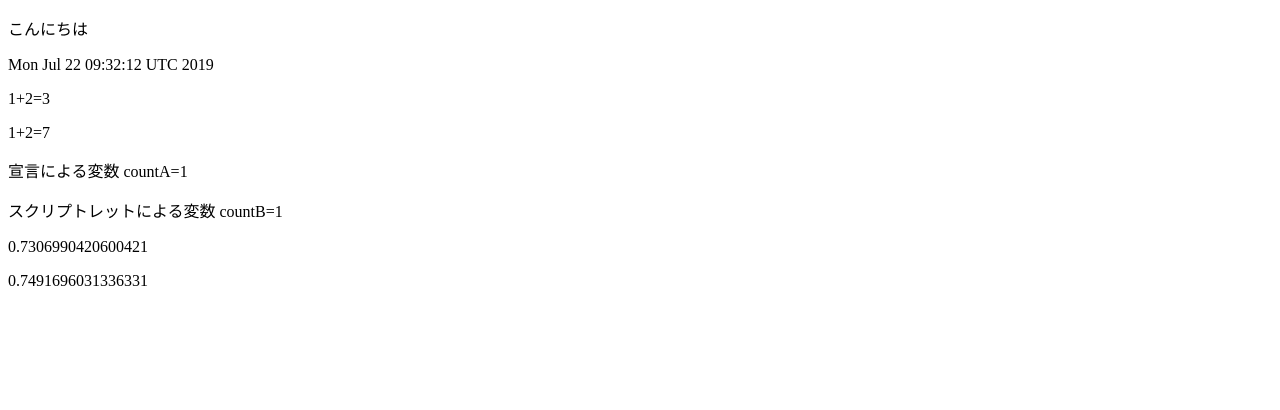
Repository: xnjsuxzc1825/test
Page: http://localhost/HelloJSP/
The author's editor kept a copy of each file at every save. The page is drawn from the files as they stood at one save, then again after the next save.
The browser window is 1280 px wide. The pictures show the whole page.
The page is served by Tomcat 9.

Above is the page before, as saved 2019-07-24 09:56:19.

After the next save:
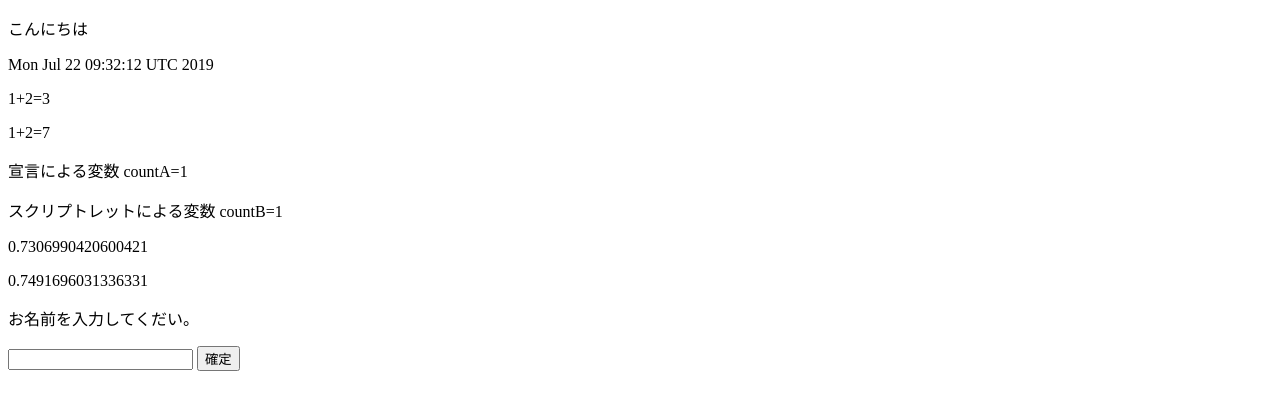
Saved 2 min 10 s later.
--- a/HelloJSP/WebContent/index.jsp
+++ b/HelloJSP/WebContent/index.jsp
@@ -36,5 +36,10 @@
 <p><% out.println(Math.random()); %></p>
 <p><%=Math.random() %></p>
 
+<p>お名前を入力してくだい。</p>
+<from method="post" action="greeting-out.jsp">
+<input type="text" name="user">
+<input type="submit" value="確定">
+</from>
 </body>
 </html>
